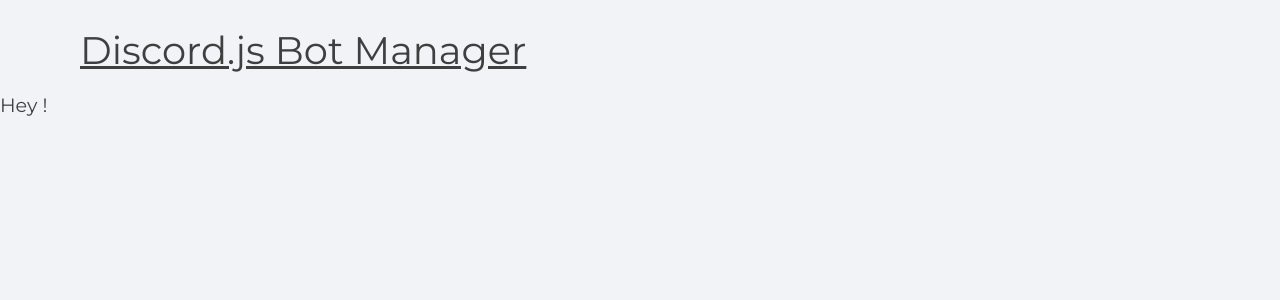
Repository: O-Schell/Discord-Bot-Manager
Page: Web_Interface/main.HTML
An editor plug-in stored every save of this project. The page is shown before and after the next save, followed by the edit.
The browser window is 1280 px wide. The pictures show the whole page.
The style sheet was rebuilt from its Sass, Less or Tailwind sources for each picture, by a compiler version that may differ from the author's.

Above is the page before, as saved 2020-11-24 20:46:32.

### Web_Interface/main.HTML
<!DOCTYPE html>
<html lang="fr">

<head>
  <meta charset="utf-8" />
  <title>Bot Manager</title>
  <link rel="stylesheet" href="style.css" />
  <!--<script src="script.js"></script>-->
</head>

<body>
  <div class="container">
    <div>
      <h1><u>Discord.js Bot Manager</u></h1>
    </div>
  </div>
  <p1>Hey !</p1>
</body>

</html>

### Web_Interface/style.scss
@import url("https://fonts.googleapis.com/css?family=Montserrat:400,700&display=swap");
@import url("https://unpkg.com/bootstrap@3.3.7/dist/css/bootstrap.min.css");

$mainC: #f1f3f6;
$secC: #9dabc0;

body {
  background: $mainC;
}

h1 {
  padding: 10px 10px;
  font-size: 3vw;
  width: max-content;
  font-family: "Montserrat";
  color: #3f3f3f;
}
p1 {
  font-size: 1.5vw;
  width: max-content;
  font-family: "Montserrat";
  color: #3f3f3f;
}

.title {
  position: fixed;
  left: 50%;
  transform: translate(-50%);
}

.neumorphism {
  border-radius: 30px;
  padding: 10px 10px;
  background: #dedede;
  box-shadow: 20px 20px 60px #6f6f6f, -20px -20px 60px #ffffff;

}

After the next save:
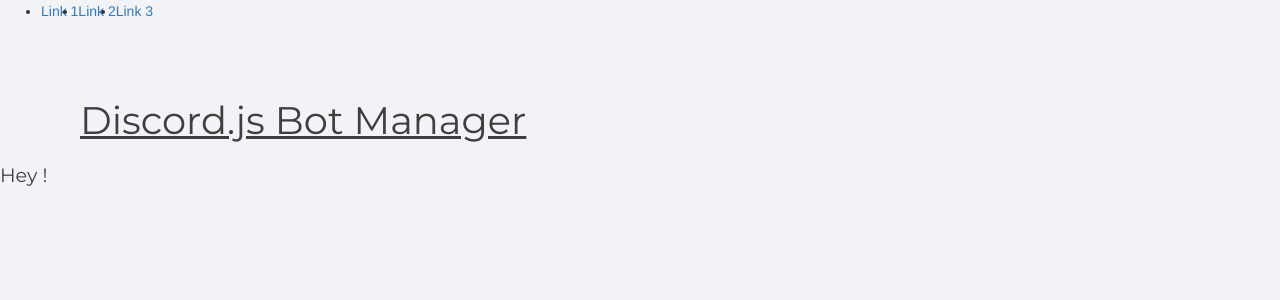
Saved 4 min 10 s later.
--- a/Web_Interface/main.HTML
+++ b/Web_Interface/main.HTML
@@ -8,7 +8,28 @@
   <!--<script src="script.js"></script>-->
 </head>
 
+
+
 <body>
+
+  <!-- A grey horizontal navbar that becomes vertical on small screens -->
+<nav class="navbar navbar-expand-sm bg-light">
+
+  <!-- Links -->
+  <ul class="navbar-nav">
+    <li class="nav-item">
+      <a class="nav-link" href="#">Link 1</a>
+    </li>
+    <li class="nav-item">
+      <a class="nav-link" href="#">Link 2</a>
+    </li>
+    <li class="nav-item">
+      <a class="nav-link" href="#">Link 3</a>
+    </li>
+  </ul>
+
+</nav>
+
   <div class="container">
     <div>
       <h1><u>Discord.js Bot Manager</u></h1>
